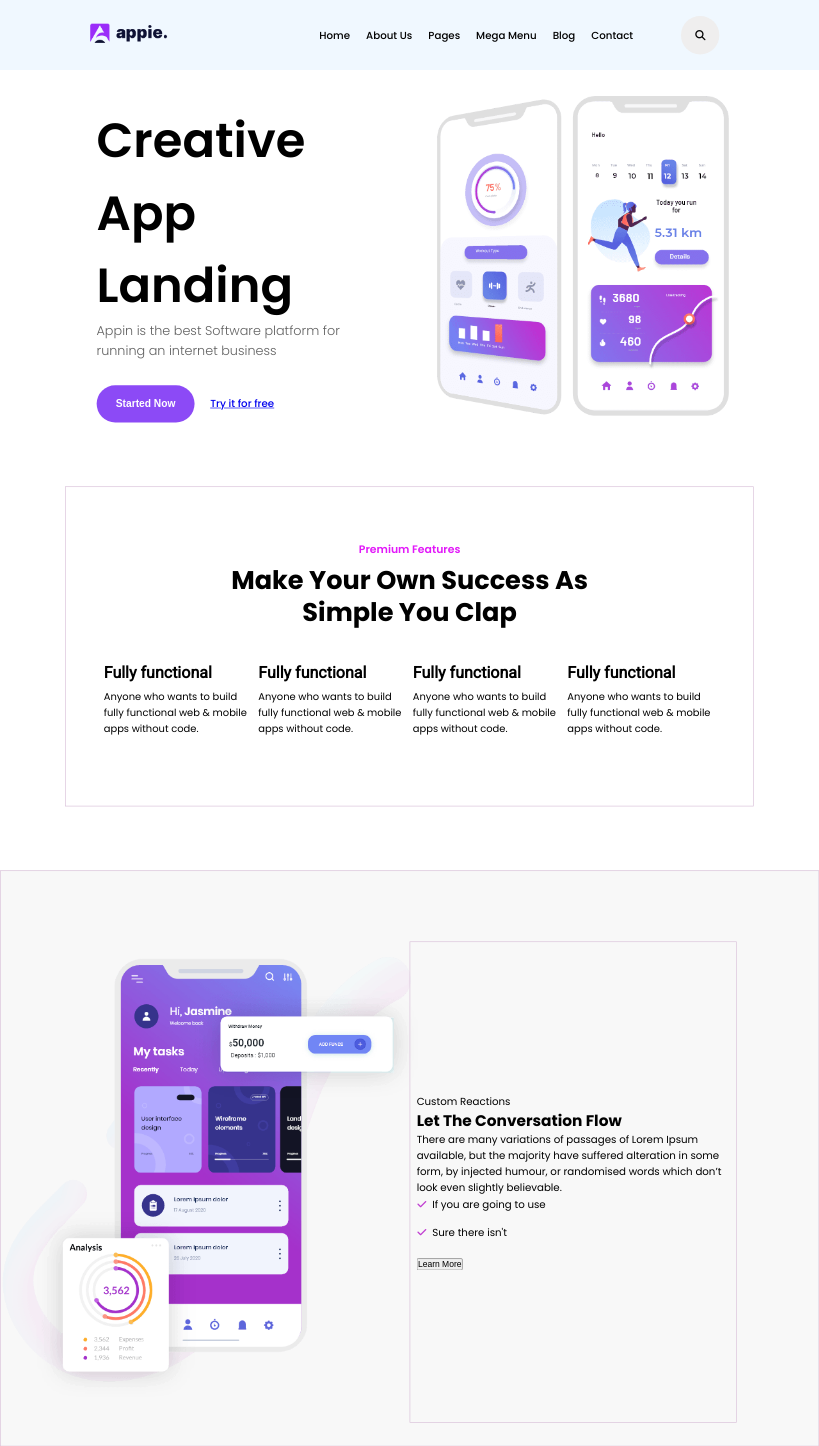
Repository: northpx/landingpage
Page: index.html
The author's editor kept a copy of each file at every save. The page is drawn from the files as they stood at one save, then again after a run of saves.
The browser window is 1280 px wide. The pictures show the whole page, at 64% of full size.

Above is the page before, as saved 2022-12-28 16:00:27.

### index.html
<!DOCTYPE html>
<html lang="en">

<head>
    <meta charset="UTF-8">
    <meta http-equiv="X-UA-Compatible" content="IE=edge">
    <meta name="viewport" content="width=device-width, initial-scale=1.0">
    <link rel="stylesheet" href="/src/css/style.css">
    <link rel="stylesheet" href="https://cdnjs.cloudflare.com/ajax/libs/font-awesome/6.2.1/css/all.min.css"
        integrity="sha512-MV7K8+y+gLIBoVD59lQIYicR65iaqukzvf/nwasF0nqhPay5w/9lJmVM2hMDcnK1OnMGCdVK+iQrJ7lzPJQd1w=="
        crossorigin="anonymous" referrerpolicy="no-referrer" />
    <title>Document</title>

</head>

<body>
    <div class="container">
        <div class="navbar">
            <div class="logo">
                <div class="logo-img">
                    <img src="image/purple-logo.png" alt="">
                </div>
            </div>
            <div class="menu">
                <div class="menu-list">
                    <ul class="menu-item">
                        <li class="item">Home</li>
                        <li class="item">About Us</li>
                        <li class="item">Pages</li>
                        <li class="item">Mega Menu</li>
                        <li class="item">Blog</li>
                        <li class="item">Contact</li>
                    </ul>
                </div>
                <i class="fa-solid fa-bars"></i>
                <div class="search">
                    <div class="box-search">
                        <i class="fa-solid fa-magnifying-glass"></i>
                    </div>
                </div>
            </div>

        </div>
        <div class="header">
            <div class="header1">
                <div class="content">
                    <div class="header1_content">
                        <h1>Creative <br>App Landing</h1>
                        <h6>Appin is the best Software platform for running an internet business</h6>
                    </div>
                    <button class="btn_start">
                        Started Now
                    </button>
                    <a href="#">Try it for free</a>
                </div>
            </div>
            <div class="header2">
                <div class="header2_image">
                    <img src="image/home1-app-screen.png" alt="">
                </div>
            </div>
        </div>
        <div class="section2">
            <div class="section2_box">
                <div class="section2_title">
                    <p>Premium Features</p>
                    <h2>Make Your Own Success As <br>Simple You Clap</h2>
                </div>
                <div class="section2_content">
                    <div class="section2_content_body">
                        <div class="content1">
                            <div class="content_title">
                                <h2>Fully functional</h2>
                                <p>Anyone who wants to build fully functional web & mobile apps without code.</p>
                            </div>
                        </div>
                        <div class="content1">
                            <div class="content_title">
                                <h2>Fully functional</h2>
                                <p>Anyone who wants to build fully functional web & mobile apps without code.</p>
                            </div>
                        </div>
                        <div class="content1">
                            <div class="content_title">
                                <h2>Fully functional</h2>
                                <p>Anyone who wants to build fully functional web & mobile apps without code.</p>
                            </div>
                        </div>
                        <div class="content1">
                            <div class="content_title">
                                <h2>Fully functional</h2>
                                <p>Anyone who wants to build fully functional web & mobile apps without code.</p>
                            </div>
                        </div>
                    </div>
                </div>
            </div>
        </div>
        <div class="section3_container">
            <div class="section3">
                <div class="section3_img">
                    <div class="image">
                        <img src="image/Screen-1-1.png" alt="">
                    </div>
                </div>
                <div class="section3_content">
                    <div class="content3">
                        <p>Custom Reactions</p>
                        <h2>Let The Conversation Flow</h2>
                        <p>
                            There are many variations of passages of Lorem Ipsum available, but the majority have
                            suffered alteration in some form, by injected humour, or randomised words which don’t look
                            even slightly believable.
                        </p>
                        <ul>
                            <li>
                                <i class="fa-solid fa-check"></i>
                                <span>If you are going to use</span>
                            </li>
                            <li>
                                <i class="fa-solid fa-check"></i>
                                <span>Sure there isn't</span>
                            </li>
                        </ul>
                        <div class="btn-section3">
                            <button>Learn More</button>
                        </div>
                    </div>
                </div>
            </div>
        </div>
    </div>

</html>

### src/css/style.css
@import url('https://fonts.googleapis.com/css2?family=Poppins:ital,wght@0,200;0,300;0,400;0,500;0,600;0,700;0,800;0,900;1,200;1,300;1,400;1,500;1,600;1,700;1,800;1,900&family=Roboto&display=swap');
@import url(https://fonts.googleapis.com/css?family=Open+Sans:300,400,700);
*{
    padding: 0;
    margin: 0;
    box-sizing: border-box;
}
body{
    font-family: 'Poppins';
}
.container{
    width: 100%;
    height: 1000px;
    /* overflow: auto; */
}

.navbar{
    display: flex;
    width: 100%;
    height: 110px;
    align-items: center;
    margin: 0 auto;
    padding: 0 11%;
    position: sticky;
    top: 0;
    z-index: 5;
    background-color: aliceblue;
}


.menu{
    display: flex;
    margin-left: auto;
    align-items: center;
}

.menu .menu-item{
    display: flex;
    list-style-type: none;
}

.item{
    margin-right: 25px;
    font-weight: 500;
}

.search{
    margin-left: 50px;
    margin-right: 5px;
    align-items: center;
}
.box-search{
    width: 60px;
    height: 60px;
    background: #efeeee;
    color: rgb(4, 4, 4);
    display: inline-flex;
    align-items: center;
    justify-content: center;
    border-radius: 50%;
    margin-right: 10px;
}

.fa-solid.fa-bars{
    display: none;
}

.header{
    width: 78%;
    height: 550px;
    margin: 0 auto;
}

.header1{
    float: left;
    width: 50%;
    height: 550px;
    position: relative;
}
.header2{
    float: left;
    width: 50%;
    height: 550px;
    position: relative;
}
.header::after{
    content: "";
    display: table;
    clear: both;
}

.content{
    position: absolute;
    width: 90%;
    bottom: 0;
    left: 0;
    padding-left: 10px;
}
.header2_image{
    position: absolute;
    right: 0;
    bottom: 0;
}

.btn_start{
    border-radius: 30px;
    padding: 20px 30px;
    font-size: 16px;
    font-weight: 600;
    color: white;
    margin-right: 20px;
    border: none;
    outline: none;
    background-color: rgb(140, 74, 246);
}

a{
    font-size: 16px;
    font-weight: 500;
}

.header1_content{
    margin-bottom: 40px;
}
h1{
    font-size: 75px;
    font-weight: 600;
}

h6{
    font-weight: 300;
    font-size: 20px;
    color: rgb(97, 97, 97);
}

.section2{
    width: 84%;
    height: 500px;
    display: flex;
    flex-direction: column;
    border: 1px solid thistle;
    margin: 100px auto;
    /* margin-top: 100px; */
    align-items: center;
    justify-content: center;
}
.section2_title{
    text-align: center;
}
.section2_title h2{
    font-size: 40px;
    line-height: 50px;
}
.section2_title p{
    font-size: 17px;
    font-weight: 600;
    color: rgb(226, 24, 249);
    margin-bottom: 10px;
}
.section2_box{
    display: flex;
    flex-direction: column;
    margin-bottom: 20px;
    align-items: center;
    justify-content: center;
}

.section2_content{
    width: 100%;
    margin-top: 50px;
}
.section2_content_body{
    width: 90%;
    display: flex;
    margin: 0 auto;
}
.content1{
    width: 25%;
    padding: 5px;
}

.content_title h2{
    font-family: 'Roboto';
    font-weight: bold;
    font-size: 25px;
    margin-bottom: 10px;
}
.content_title p {
    line-height: 25px;
    font-size: 15.5px;
}

.section3_container{
    width: 100%;
    height: 900px;
    border: 1px solid thistle;
    background-color: rgb(248, 248, 248);
    padding: 110px 0px 70px;
}

.section3{
    width: 80%;
    display: flex;
    margin: 0 auto;
}

.section3_img{
    width: 50%;
    align-items: center;
    display: flex;
    flex-wrap: wrap;
    justify-content: center;
    line-height: 30px;
    padding: 10px;
}
.image{
    margin-left: -100px;
}
.section3_img img{
    display: inline-block;
    text-align: left;
}

.section3_content{
    display: flex;
    flex-wrap: wrap;
    align-items: center;
    justify-content: center;
    width: 50%;
    border: 1px solid thistle;
    padding: 10px;
}
.content3{
    width: 100%;
}

.content3 ul{
    list-style-type: none;
    line-height: 30px;
    margin-bottom: 20px;
}
.content3 li:nth-child(1){
    padding-bottom: 7px;
}
.content3 li:nth-child(2){
    margin-top: 7px;
}
.fa-solid.fa-check{
    width: 20px;
    height: 16px;
    color: #c03ed1;
    font-weight: 900;
}

.btn-section3 button{
    pad
}

After the next 3 saves:
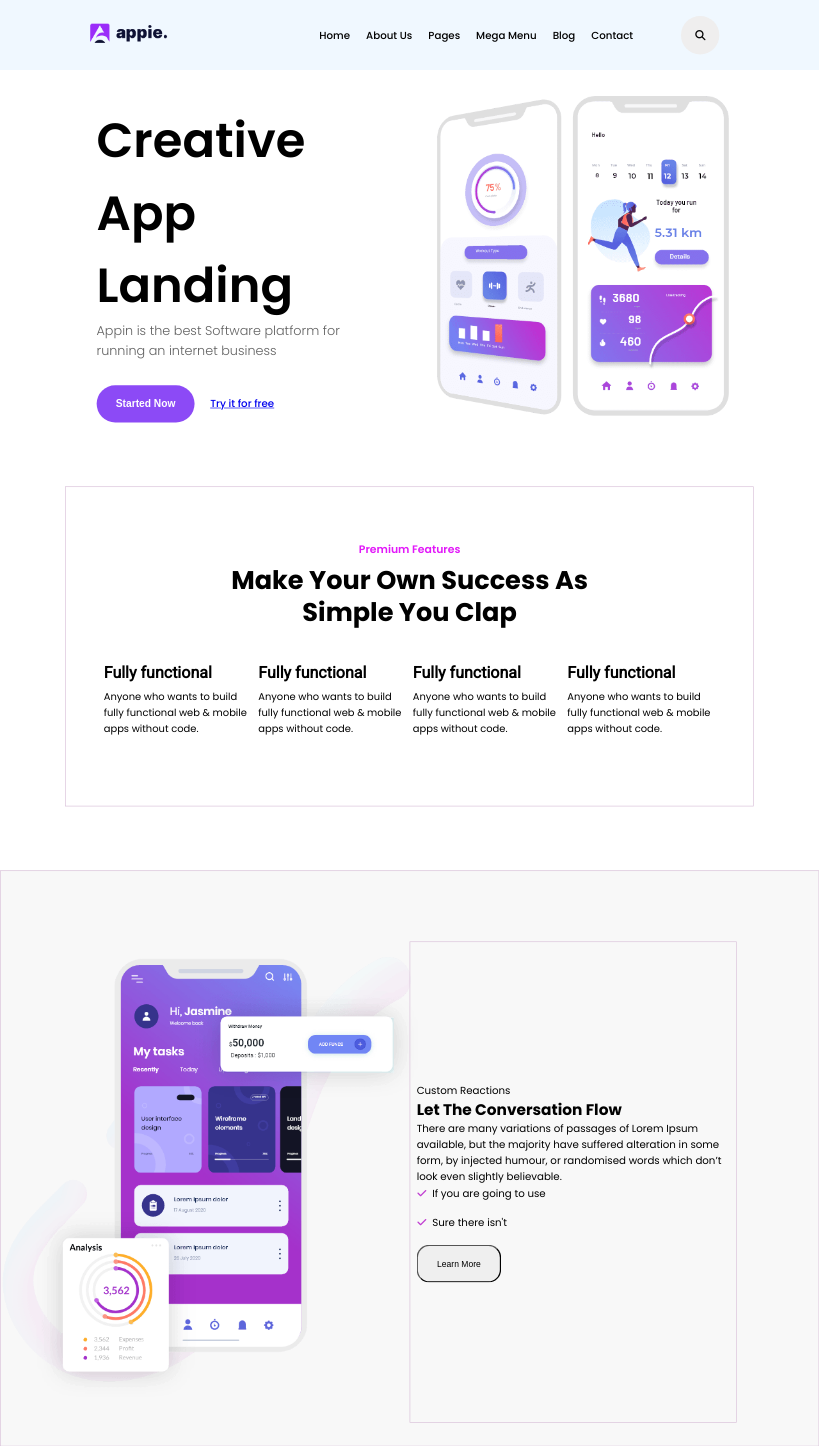
The 3 saves are shown as one change because they came seconds apart.
The last was saved 9 s later.
--- a/src/css/style.css
+++ b/src/css/style.css
@@ -253,5 +253,6 @@ h6{
 }
 
 .btn-section3 button{
-    pad
-}
+    padding: 20px 30px;
+    border-radius: 20px;
+}
